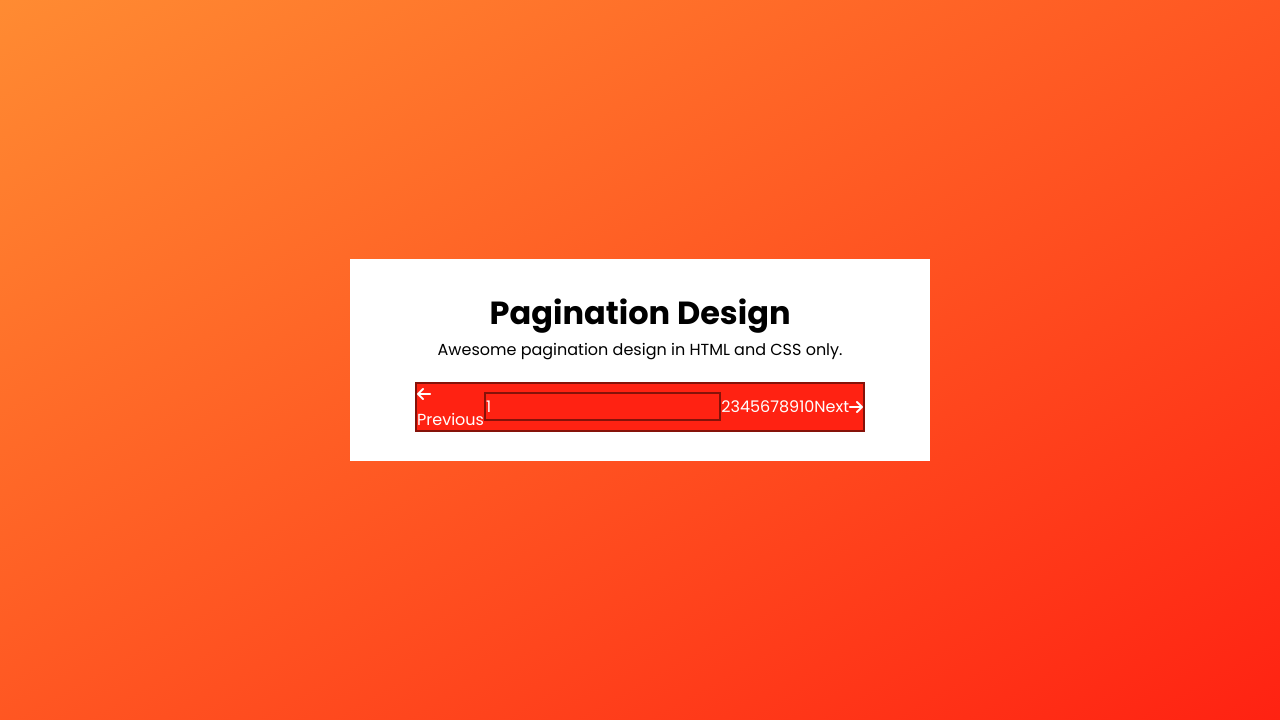
Repository: Ankitkr2021/Awesome-Pagination
Page: index.html
These files come from the project's save history. The page is drawn as it stood at one moment and after the next save; the edit follows.
The browser window is 1280 px wide. The pictures show the whole page.

Above is the page before, as saved 2025-10-02 09:08:06.

After the next save:
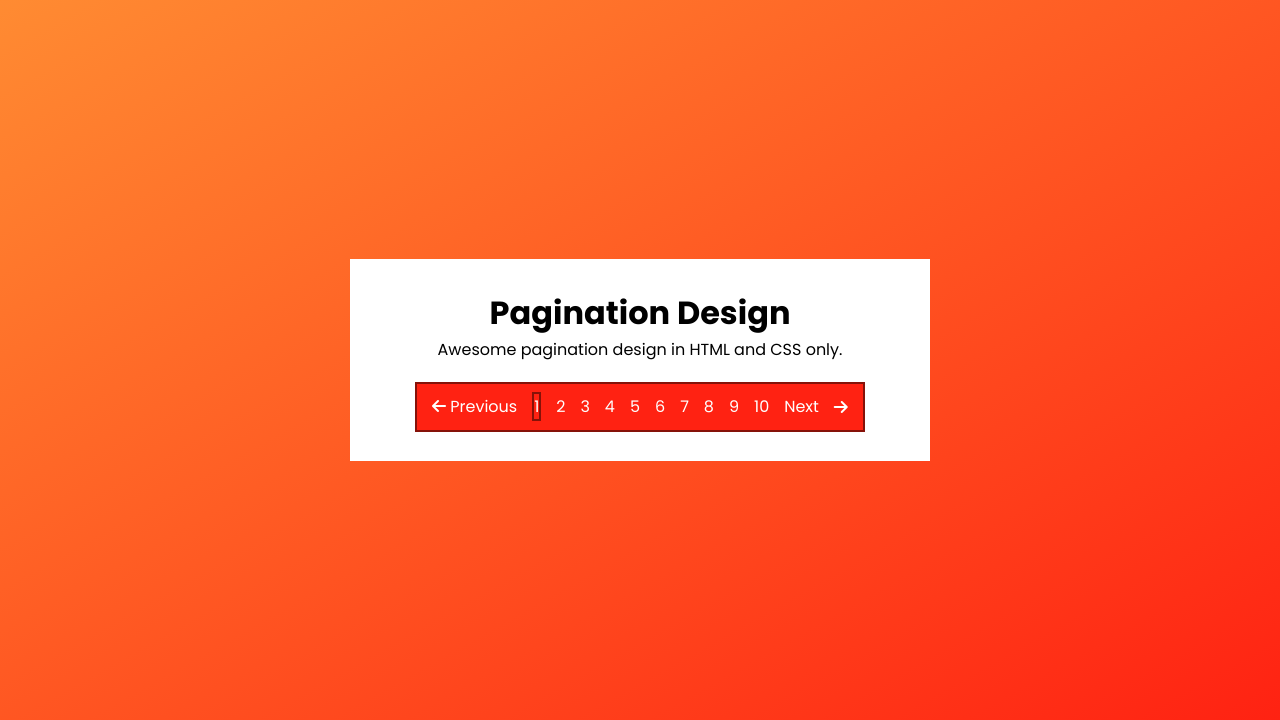
Saved 6 s later.
--- a/index.html
+++ b/index.html
@@ -13,7 +13,7 @@
         <p>Awesome pagination design in HTML and CSS only.</p>
         <div class="box">
              <div><i class="fas fa-arrow-left"></i> Previous</div>
-            <div style="width: 100%; border: 2px solid rgba(0, 0, 0, 0.475);">1</div>
+            <div style="border: 2px solid rgba(0, 0, 0, 0.475);">1</div>
             <div>2</div>
             <div>3</div>
             <div>4</div>
